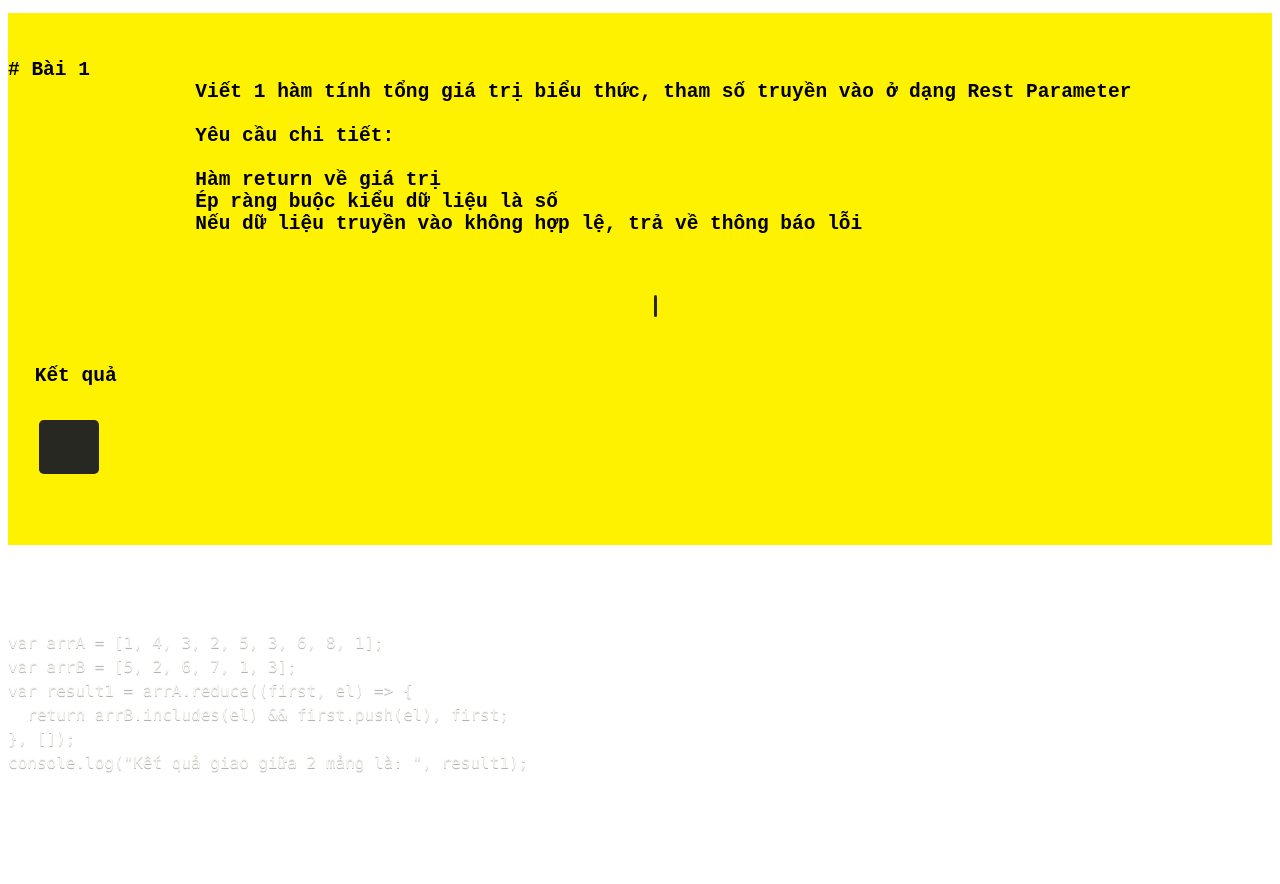
Repository: Dongnguyen318/Quydong
Page: Day 22/ex01.html
The author's editor kept a copy of each file at every save. The page is drawn from the files as they stood at one save, then again after the next save.
The browser window is 1280 px wide. The pictures show the whole page.

Above is the page before, as saved 2023-08-29 23:48:09.

### Day 22/ex01.html
<!DOCTYPE html>
<html lang="en">
  <head>
    <meta charset="UTF-8" />
    <meta name="viewport" content="width=device-width, initial-scale=1.0" />
    <title>Document</title>
    <link
      rel="stylesheet"
      href="https://cdn.jsdelivr.net/npm/prismjs@1.29.0/themes/prism-okaidia.min.css"
    />
    <script src="./js/1.js"></script>
  </head>
  <body>
    <pre style="background-color: rgb(255, 242, 0)">
        <code >
            <h2># Bài 1
                Viết 1 hàm tính tổng giá trị biểu thức, tham số truyền vào ở dạng Rest Parameter

                Yêu cầu chi tiết:

                Hàm return về giá trị
                Ép ràng buộc kiểu dữ liệu là số
                Nếu dữ liệu truyền vào không hợp lệ, trả về thông báo lỗi</h2>
<p style="text-align: center;">
    <code class="language-js">
    </code>
    <h2 style="padding: 15px;" > Kết quả</h2>
    <code class="language-js" style="padding: 15px 30px 20px;">
    </code>


</p>
        </code>
    </pre>
    <br />
    <br />
    <pre>
        <code class="language-js">
var arrA = [1, 4, 3, 2, 5, 3, 6, 8, 1];
var arrB = [5, 2, 6, 7, 1, 3];
var result1 = arrA.reduce((first, el) => {
  return arrB.includes(el) && first.push(el), first;
}, []);
console.log("Kết quả giao giữa 2 mảng là: ", result1);


        </code>
    </pre>
    <script src="https://cdn.jsdelivr.net/npm/prismjs@1.29.0/components/prism-core.min.js"></script>
    <script src="https://cdn.jsdelivr.net/npm/prismjs@1.29.0/plugins/autoloader/prism-autoloader.min.js"></script>
  </body>
</html>

### Day 22/js/1.js
function sum(...args) {
  var total;
  var number = args.every((el) => {
    return typeof el === "number" && el != NaN && el != Infinity;
  });
  if (number) {
    total = args.reduce((first, el) => {
      return first + el;
    });
    return total;
  } else {
    return ` Dữ liệu đầu vào không phải là số !!! `;
  }
}
console.log("result: ", sum(4, 2, -93));

After the next save:
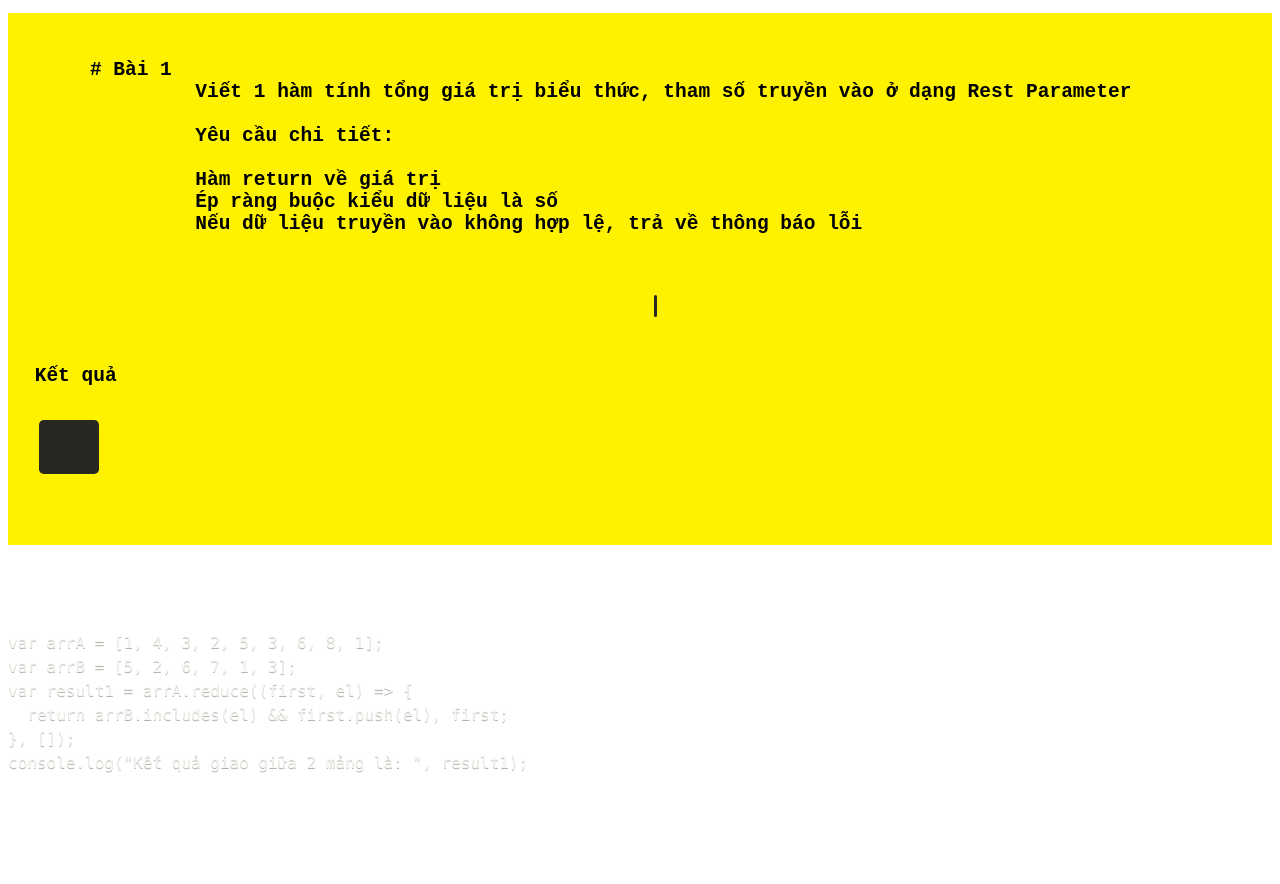
Saved 16 s later.
--- a/Day 22/ex01.html
+++ b/Day 22/ex01.html
@@ -13,7 +13,7 @@
   <body>
     <pre style="background-color: rgb(255, 242, 0)">
         <code >
-            <h2># Bài 1
+            <h2>       # Bài 1
                 Viết 1 hàm tính tổng giá trị biểu thức, tham số truyền vào ở dạng Rest Parameter
 
                 Yêu cầu chi tiết:
